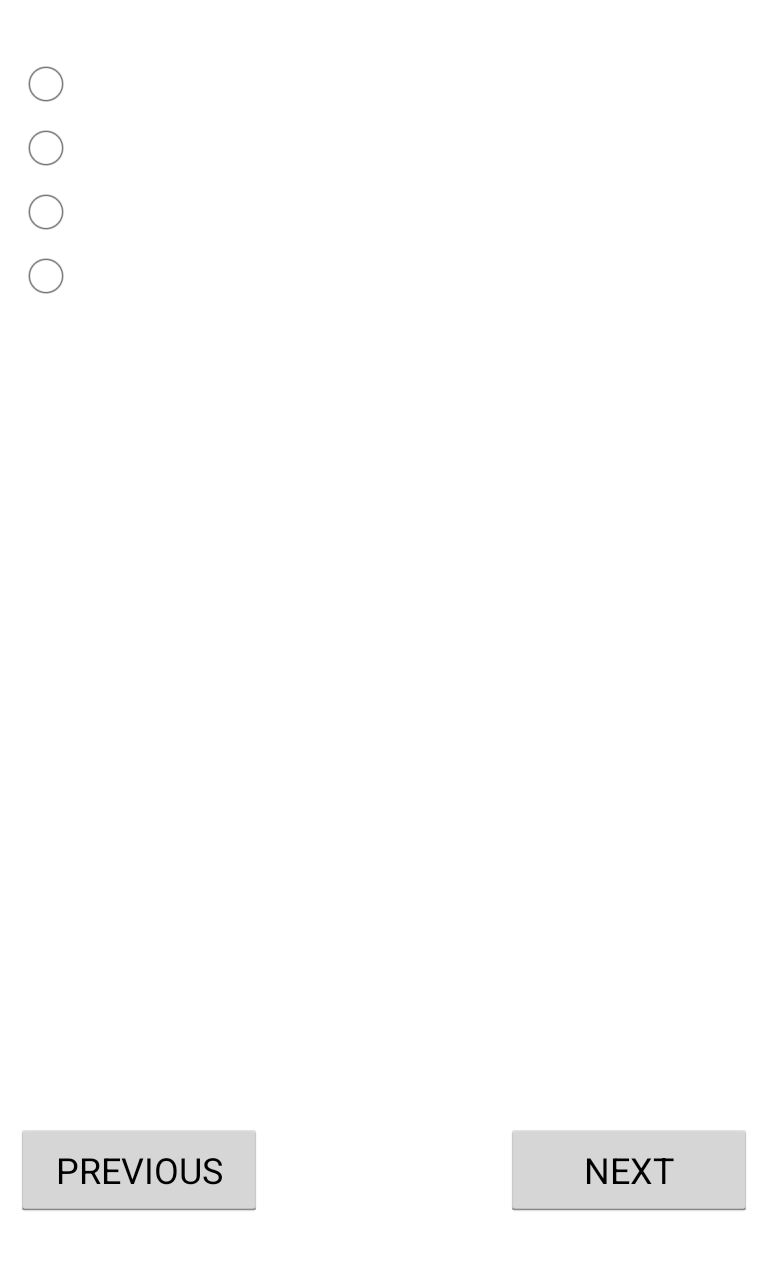
Repository: Harshil737/Career-Launcher
Layout: CareerLauncher/res/layout/fragment_test_page.xml
These files come from the project's save history. The layout is drawn as it stood at one moment and after the next save; the edit follows.
It is drawn on a 768 x 1280 px phone screen (xhdpi) without system bars, with theme AppTheme; the app's code is not run.

Above is the layout before, as saved 2017-11-04 14:11:14.

### CareerLauncher/res/layout/fragment_test_page.xml
<RelativeLayout xmlns:android="http://schemas.android.com/apk/res/android"
    xmlns:tools="http://schemas.android.com/tools"
    android:layout_width="match_parent"
    android:layout_height="match_parent"
    android:paddingBottom="@dimen/activity_vertical_margin"
    android:paddingLeft="@dimen/activity_horizontal_margin"
    android:paddingRight="@dimen/activity_horizontal_margin"
    android:paddingTop="@dimen/activity_vertical_margin"
    tools:context=".TestPage" >

    <TextView
        android:id="@+id/test_page_tv_que"
        android:layout_width="match_parent"
        android:layout_height="wrap_content" />

    <RadioGroup
        android:id="@+id/test_page_rbGroup"
        android:layout_width="wrap_content"
        android:layout_height="wrap_content"
        android:layout_below="@id/test_page_tv_que" >

        <RadioButton
            android:id="@+id/test_page_rb_op1"
            android:layout_width="wrap_content"
            android:layout_height="wrap_content" />

        <RadioButton
            android:id="@+id/test_page_rb_op2"
            android:layout_width="wrap_content"
            android:layout_height="wrap_content" />

        <RadioButton
            android:id="@+id/test_page_rb_op3"
            android:layout_width="wrap_content"
            android:layout_height="wrap_content" />

        <RadioButton
            android:id="@+id/test_page_rb_op4"
            android:layout_width="wrap_content"
            android:layout_height="wrap_content" />
    </RadioGroup>

    <Button
        android:id="@+id/test_page_btn_previous"
        android:layout_width="125dp"
        android:layout_height="wrap_content"
        android:layout_alignParentBottom="true"
        android:layout_alignParentLeft="true"
        android:layout_marginBottom="24dp"
        android:text="PREVIOUS" />

    <Button
        android:id="@+id/test_page_btn_next"
        android:layout_width="125dp"
        android:layout_height="wrap_content"
        android:layout_alignParentBottom="true"
        android:layout_alignParentRight="true"
        android:layout_marginBottom="24dp"
        android:text="NEXT" />

</RelativeLayout>

### CareerLauncher/res/values/styles.xml
<resources>

    <style name="AppBaseTheme" parent="android:Theme.Light"></style>

    <!-- Application theme. -->
    <style name="AppTheme" parent="AppBaseTheme"></style>

</resources>

Loaded but not shown: CareerLauncher/res/values-v11/styles.xml (common file); CareerLauncher/res/values-v14/styles.xml (common file); CareerLauncher/res/values/dimens.xml (common file)

After the next save:
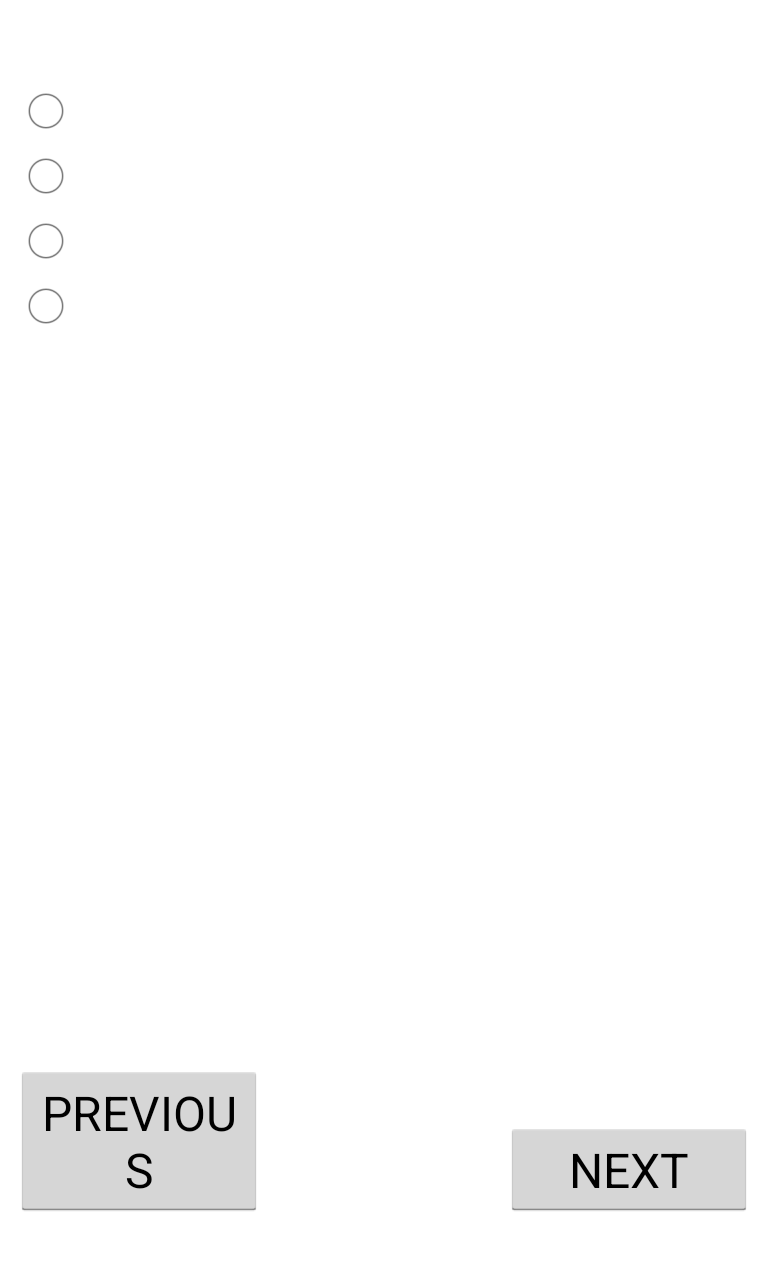
Saved 3 min 11 s later.
--- a/CareerLauncher/res/layout/fragment_test_page.xml
+++ b/CareerLauncher/res/layout/fragment_test_page.xml
@@ -11,7 +11,8 @@
     <TextView
         android:id="@+id/test_page_tv_que"
         android:layout_width="match_parent"
-        android:layout_height="wrap_content" />
+        android:layout_height="wrap_content"
+        android:textSize="24sp" />
 
     <RadioGroup
         android:id="@+id/test_page_rbGroup"
@@ -22,22 +23,26 @@
         <RadioButton
             android:id="@+id/test_page_rb_op1"
             android:layout_width="wrap_content"
-            android:layout_height="wrap_content" />
+            android:layout_height="wrap_content"
+            android:textSize="24sp" />
 
         <RadioButton
             android:id="@+id/test_page_rb_op2"
             android:layout_width="wrap_content"
-            android:layout_height="wrap_content" />
+            android:layout_height="wrap_content"
+            android:textSize="24sp" />
 
         <RadioButton
             android:id="@+id/test_page_rb_op3"
             android:layout_width="wrap_content"
-            android:layout_height="wrap_content" />
+            android:layout_height="wrap_content"
+            android:textSize="24sp" />
 
         <RadioButton
             android:id="@+id/test_page_rb_op4"
             android:layout_width="wrap_content"
-            android:layout_height="wrap_content" />
+            android:layout_height="wrap_content"
+            android:textSize="24sp" />
     </RadioGroup>
 
     <Button
@@ -47,7 +52,8 @@
         android:layout_alignParentBottom="true"
         android:layout_alignParentLeft="true"
         android:layout_marginBottom="24dp"
-        android:text="PREVIOUS" />
+        android:text="PREVIOUS"
+        android:textSize="24sp" />
 
     <Button
         android:id="@+id/test_page_btn_next"
@@ -56,6 +62,7 @@
         android:layout_alignParentBottom="true"
         android:layout_alignParentRight="true"
         android:layout_marginBottom="24dp"
-        android:text="NEXT" />
+        android:text="NEXT"
+        android:textSize="24sp" />
 
 </RelativeLayout>
